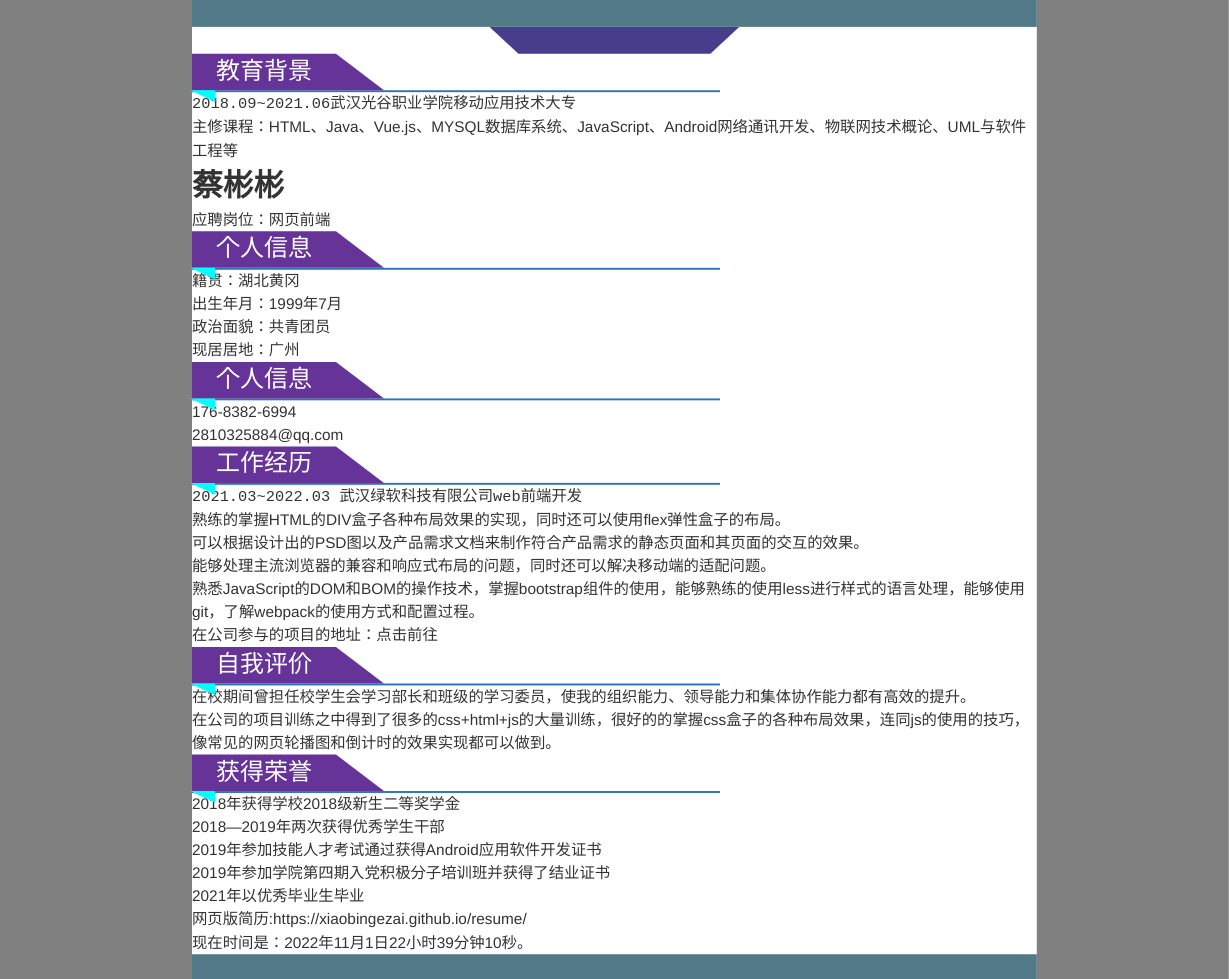
Repository: xiaobingezai/resume
Page: index.html
The author's editor kept a copy of each file at every save. The page is drawn from the files as they stood at one save, then again after the next save.
The browser window is 1280 px wide. The pictures show the whole page, at 96% of full size.

Above is the page before, as saved 2022-11-02 22:37:18.

### index.html
<!DOCTYPE html>
<html lang="en">

<head>
    <meta charset="UTF-8">
    <meta http-equiv="X-UA-Compatible" content="IE=edge">
    <meta name="viewport" content="width=device-width, initial-scale=1.0">
    <title>Document</title>
    <link rel="stylesheet" href="css/index.css">
</head>

<body>
    <div class="wrapper" id="zhengTi">
        <div class="tiXing1"></div>
        <div id="head">
            <div class="jiaoYuBeiJing">
                <div class="zhuangShiTuPian"><samp>教育背景</samp></div>
                <div class="samp1">
                    <samp>2018.09~2021.06</samp><samp>武汉光谷职业学院</samp><samp>移动应用技术</samp><samp>大专</samp>
                </div>
                <p>主修课程：HTML、Java、Vue.js、MYSQL数据库系统、JavaScript、Android网络通讯开发、物联网技术概论、UML与软件工程等</p>
            </div>
            <div id="content" class="clearfix">
                <div class="gongZuoJingLi1">
                    <div class="first">
                        <h1>蔡彬彬</h1>
                        <p>应聘岗位：网页前端</p>
                    </div>
                    <div class="second">
                        <div class="zhuangShiTuPian"><samp>个人信息</samp></div>
                        <ul class="ul1">
                            <li>籍贯：湖北黄冈</li>
                            <li>出生年月：1999年7月</li>
                            <li>政治面貌：共青团员</li>
                            <li>现居居地：广州</li>
                        </ul>
                    </div>
                    <div class="third">
                        <div class="zhuangShiTuPian"><samp>个人信息</samp></div>
                        <ul class="ul2">
                            <li>176-8382-6994</li>
                            <li>2810325884@qq.com</li>
                        </ul>
                    </div>
                </div>
                <div class="gongZuoJingLi">
                    <div class="zhuangShiTuPian"><samp>工作经历</samp></div>

                    <ul class="gongZuoJingLi2">
                        <div class="gongZuo">
                            <samp>2021.03~2022.03 </samp><samp>武汉绿软科技有限公司</samp><samp>web前端开发</samp>
                        </div>
                        <li>熟练的掌握HTML的DIV盒子各种布局效果的实现，同时还可以使用flex弹性盒子的布局。</li>
                        <li>可以根据设计出的PSD图以及产品需求文档来制作符合产品需求的静态页面和其页面的交互的效果。</li>
                        <li>能够处理主流浏览器的兼容和响应式布局的问题，同时还可以解决移动端的适配问题。</li>
                        <li>熟悉JavaScript的DOM和BOM的操作技术，掌握bootstrap组件的使用，能够熟练的使用less进行样式的语言处理，能够使用git，了解webpack的使用方式和配置过程。</li>
                        <li>在公司参与的项目的地址：<a href="http://www.downyi.com/" target="blank">点击前往</a></li>
                    </ul>
                </div>
            </div>
            <div id="tail" class="clearfix">
                <div class="diBu1">
                    <div class="zhuangShiTuPian"><samp>自我评价</samp></div>
                    <ul>
                        <li>在校期间曾担任校学生会学习部长和班级的学习委员，使我的组织能力、领导能力和集体协作能力都有高效的提升。</li>
                        <li>在公司的项目训练之中得到了很多的css+html+js的大量训练，很好的的掌握css盒子的各种布局效果，连同js的使用的技巧，像常见的网页轮播图和倒计时的效果实现都可以做到。</li>
                    </ul>
                </div>
                <div class="diBu2">
                    <div class="zhuangShiTuPian"><samp>获得荣誉</samp></div>
                    <ul>
                        <li>2018年获得学校2018级新生二等奖学金</li>
                        <li>2018—2019年两次获得优秀学生干部</li>
                        <li>2019年参加技能人才考试通过获得Android应用软件开发证书</li>
                        <li>2019年参加学院第四期入党积极分子培训班并获得了结业证书</li>
                        <li>2021年以优秀毕业生毕业</li>
                    </ul>
                </div>
                <div id="jianLi">
                    <p >网页版简历:<a href="https://xiaobingezai.github.io/resume/" target="blank">https://xiaobingezai.github.io/resume/</a></p>
                    <div class="daoJiShi"></div>
                </div>
            </div>
        </div>
        <!-- 底部 -->
        <div class="tiXing2"></div>
    </div>
    <script src="./js/index.js"></script>
</body>

</html>

### css/index.css
/* 清除默认样式的代码 */
/* 去除常见标签默认的 margin 和 padding */
body,
h1,
h2,
h3,
h4,
h5,
h6,
p,
ul,
ol,
li,
dl,
dt,
dd,
input {
    margin: 0;
    padding: 0;
}

/* 內减模式 */
* {
    box-sizing: border-box;
}

/* 设置网页统一的字体大小、行高、字体系列相关属性 */
body {
    font: 16px/1.5 "Helvetica Neue", Helvetica, Arial, "Microsoft Yahei",
        "Hiragino Sans GB", "Heiti SC", "WenQuanYi Micro Hei", sans-serif;
    color: #333;
}

/* 去除列表默认样式 */
ul,
ol {
    list-style: none;
}

/* 去除默认的倾斜效果 */
em,
i {
    font-style: normal;
}

/* 去除a标签默认下划线，并设置默认文字颜色 */
a {
    text-decoration: none;
    color: #333;
}

/* 设置img的垂直对齐方式为居中对齐，去除img默认下间隙 */
img {
    vertical-align: middle;
}

/* 去除input默认样式 */
input {
    border: none;
    outline: none;
    color: #333;
}

/* 左浮动 */
.fl {
    float: left;
}

/* 右浮动 */
.fr {
    float: right;
}

/* 双伪元素清除法 */
.clearfix::before,
.clearfix::after {
    content: "";
    display: table;
}

.clearfix::after {
    clear: both;
}

/* 版心居中 */
.wrapper {
    width: 880px;
    margin: 0 auto;
}

body{
    background-color: rgba(128, 128,128);
}
/* 装饰横条背景 */
.zhuangShiTuPian {
    position: relative;
    text-align: center;
    line-height: 40px;
    font-size: 25px;
    color: #fff;
    width: 550px;
    height: 40px;
    border-bottom: 2px solid #2d74b5;
}
.zhuangShiTuPian::after {
    content: '';
    position: absolute;
    left: -2px;

    width: 0;
    height: 0;
    border-width: 0 26px 12px 0;
    border-style: solid;
    border-color: transparent aqua;
}
.zhuangShiTuPian samp {
    display: block;
    width: 200px;
    height: 0;
    border-bottom: 38px solid rebeccapurple;
    border-right: 50px solid transparent;
}

/* 最外层的盒子的样式设置 */
#zhengTi {
    background-color: #fff;
    border-top: 28px solid #517987 ;
    border-bottom: 28px solid #517987 ;
}
#zhengTi .tiXing1 {
    width: 260px;
    height: 0;
    margin: 0 auto;
    border-top: 28px solid #483D8B;
    border-left: 30px solid transparent;
    border-right: 30px solid transparent;
}

/* head的区域 */
#zhengTi .head {
    padding-left: 30px;
}

### js/index.js
let daoJiShi = document.querySelector('.daoJiShi');
            shiJian();
            function shiJian() {
                let time = new Date();
                let nian = time.getFullYear();
                let yue = time.getMonth();
                let ri = time.getDate();
                let h = time.getHours();
                let m = time.getMinutes();
                let s = time.getSeconds();
                let dangQianShiJian = '现在时间是：' + +nian + '年' + (yue + 1) + '月' + ri + '日' + h + '小时' + m + '分钟' + s + '秒' +
                    '。';
                daoJiShi.innerHTML = dangQianShiJian;
            }
            setInterval('shiJian()', 1000);

After the next save:
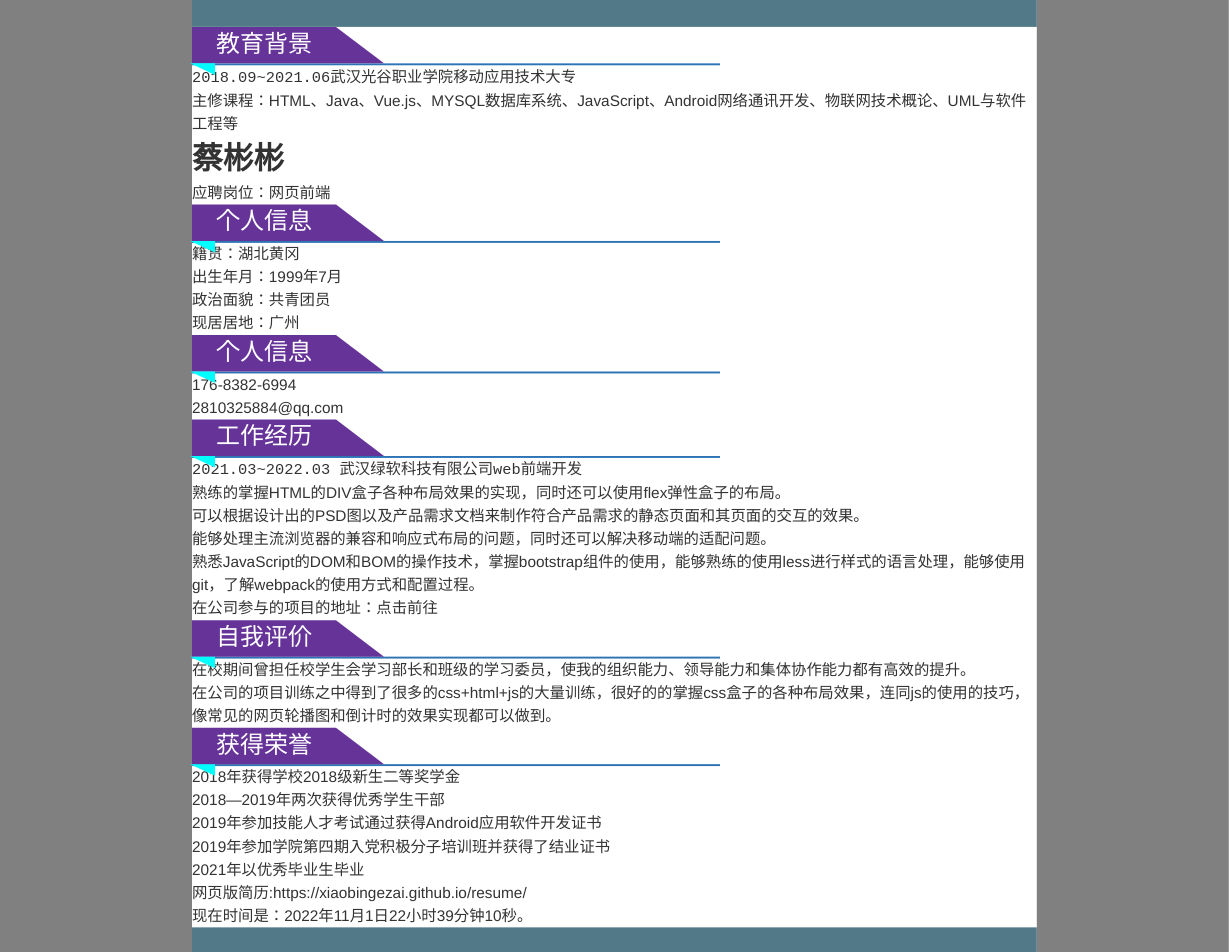
Saved 34 s later.
--- a/css/index.css
+++ b/css/index.css
@@ -131,7 +131,7 @@
     width: 260px;
     height: 0;
     margin: 0 auto;
-    border-top: 28px solid #483D8B;
+    border-top: 28px solid #00080;
     border-left: 30px solid transparent;
     border-right: 30px solid transparent;
 }

After the save that followed:
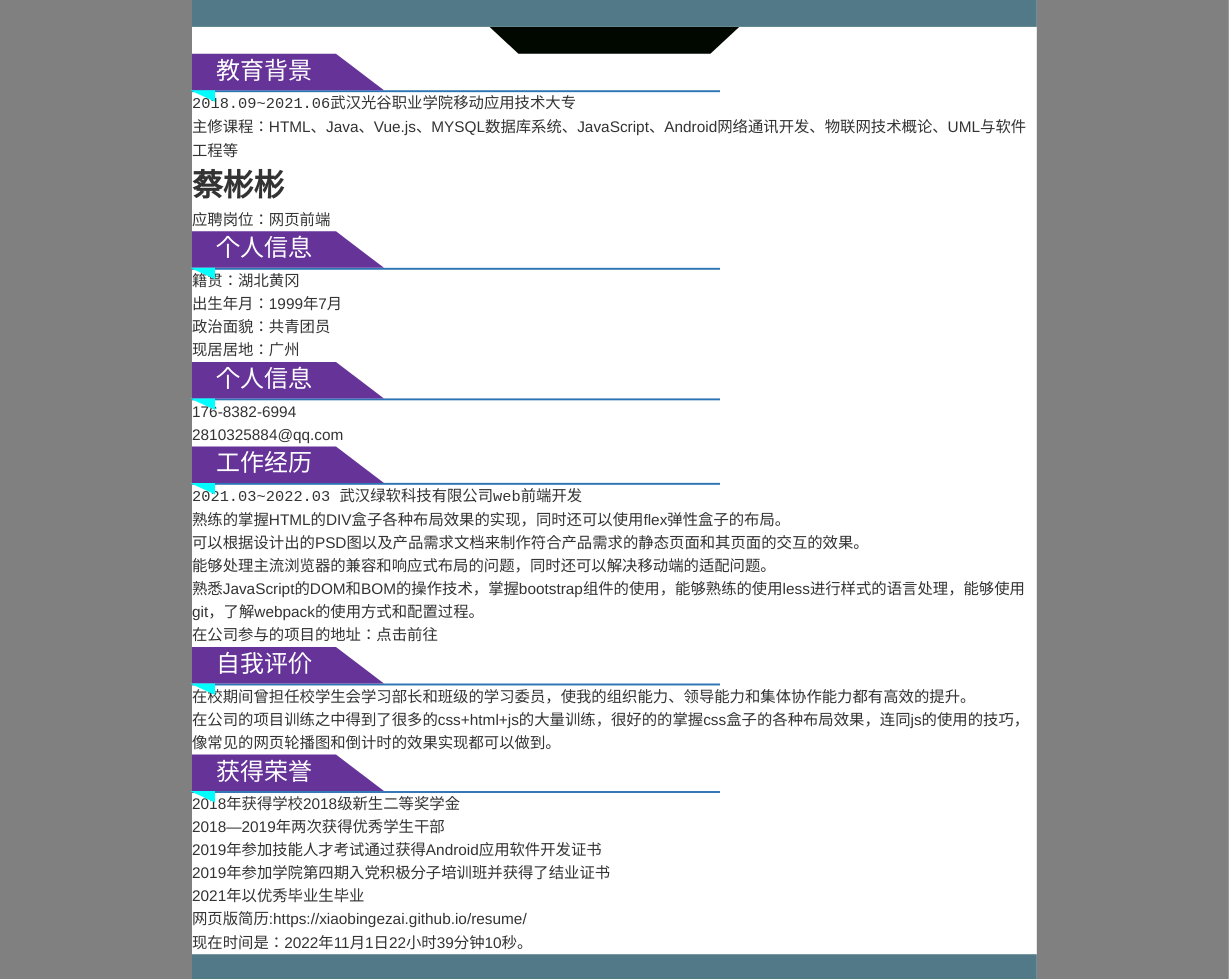
Saved 4 s later.
--- a/css/index.css
+++ b/css/index.css
@@ -131,7 +131,7 @@
     width: 260px;
     height: 0;
     margin: 0 auto;
-    border-top: 28px solid #00080;
+    border-top: 28px solid #000800;
     border-left: 30px solid transparent;
     border-right: 30px solid transparent;
 }
